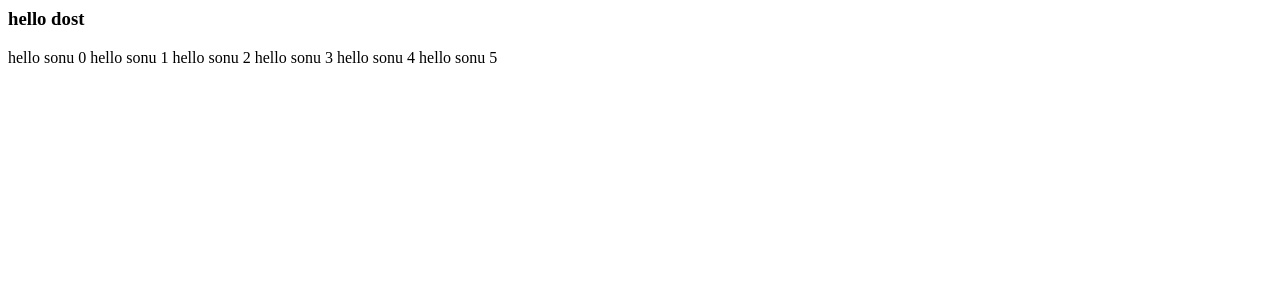
Repository: rohanbhavare1234/BikeServiceWorkspace
Page: http://localhost/jspdemo/scriptilet-test.jsp
An editor plug-in stored every save of this project. The page is shown before and after the next save, followed by the edit.
The browser window is 1280 px wide. The pictures show the whole page.
The page is served by Tomcat 9.

Above is the page before, as saved 2023-04-08 14:18:36.

After the next save:
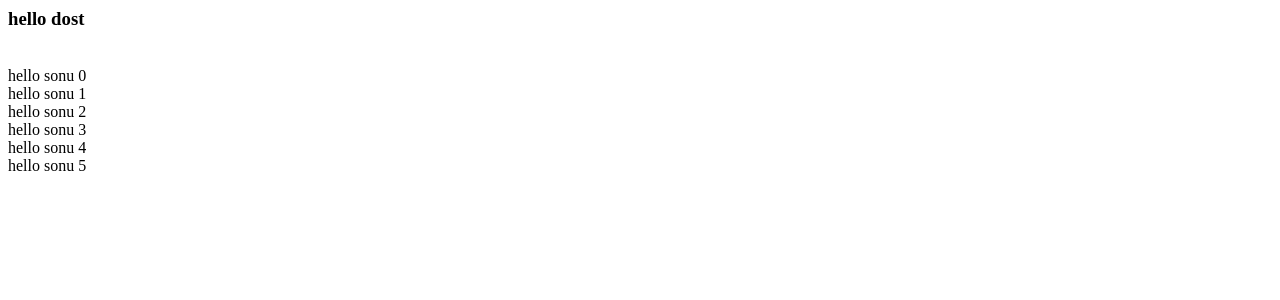
Saved 22 s later.
--- a/eclipse-workspace/jspdemo/WebContent/scriptilet-test.jsp
+++ b/eclipse-workspace/jspdemo/WebContent/scriptilet-test.jsp
@@ -7,8 +7,7 @@
 
  for(int i=0;i<=5;i++)
  {
-		out.print(" hello sonu "+i);
-		out.println(" ");
+		out.println("<br> hello sonu "+i);
  }
 
  %>
